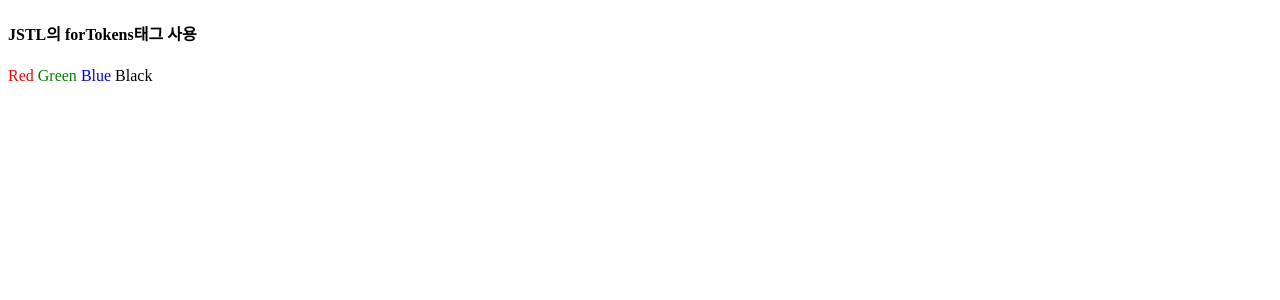
Repository: ssing365/JSPStudy
Page: http://localhost/JSPServlet/11JSTL/core/ForTokens.jsp
An editor plug-in stored every save of this project. The page is shown before and after the next save, followed by the edit.
The browser window is 1280 px wide. The pictures show the whole page.
The page is served by Tomcat 10.

Above is the page before, as saved 2024-11-07 01:41:19.

After the next save:
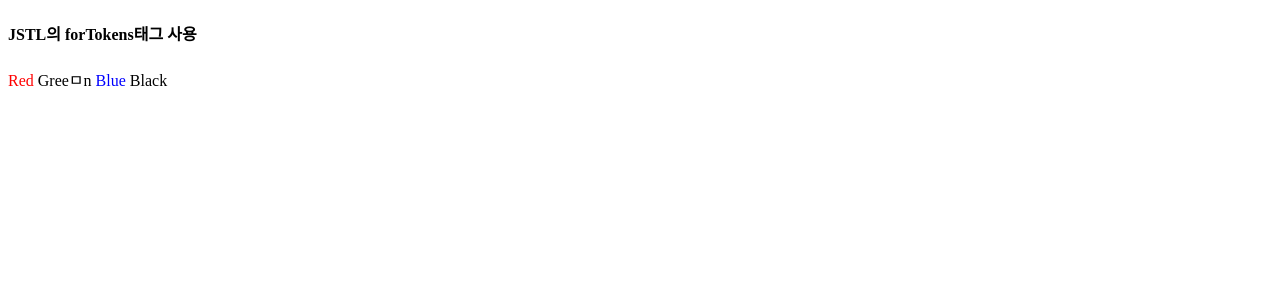
Saved 4 s later.
--- a/JSPServlet/src/main/webapp/11JSTL/core/ForTokens.jsp
+++ b/JSPServlet/src/main/webapp/11JSTL/core/ForTokens.jsp
@@ -17,7 +17,7 @@
 	* 토큰이란? :문법적으로 의미있는 최소단위. 하이픈으로 구분되는 전화번호를 분리했을때 각 번호가 토큰.
 	-->
 	<%
-	String rgba = "Red, Green, Blue, Black";
+	String rgba = "Red, Greeㅁn, Blue, Black";
 	%>
 	<h4>JSTL의 forTokens태그 사용</h4>
 	<c:forTokens items="<%= rgba %>" delims="," var="color">

After the save that followed:
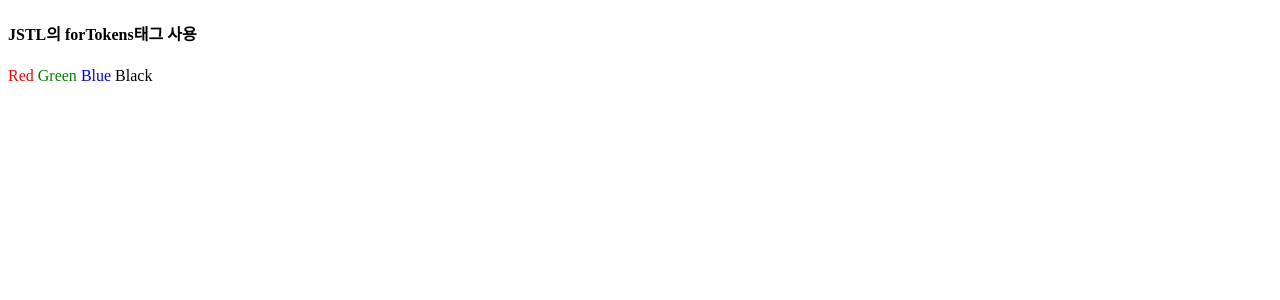
Saved 7 s later.
--- a/JSPServlet/src/main/webapp/11JSTL/core/ForTokens.jsp
+++ b/JSPServlet/src/main/webapp/11JSTL/core/ForTokens.jsp
@@ -17,7 +17,7 @@
 	* 토큰이란? :문법적으로 의미있는 최소단위. 하이픈으로 구분되는 전화번호를 분리했을때 각 번호가 토큰.
 	-->
 	<%
-	String rgba = "Red, Greeㅁn, Blue, Black";
+	String rgba = "Red, Green, Blue, Black";
 	%>
 	<h4>JSTL의 forTokens태그 사용</h4>
 	<c:forTokens items="<%= rgba %>" delims="," var="color">
